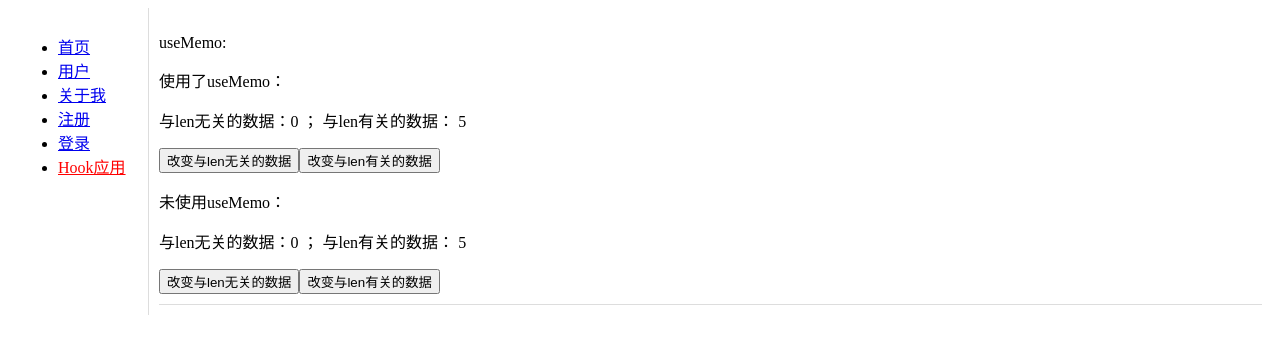
Repository: shellingfordly/js-library-Demo
Page: /hook (app in demo/react/demo/)
These files come from the project's save history. The page is drawn as it stood at one moment and after the next save; the edit follows.
The browser window is 1280 px wide. The pictures show the whole page.
The project was rebuilt for these pictures with package versions that can differ from the ones it lists, and the page was loaded fresh each time. Also part of the build but not shown: demo/react/demo/src/views/home/components/UseReducer.js, demo/react/demo/src/views/home/components/SetTimeout.js, demo/react/demo/src/views/home/hook/context.js, demo/react/demo/src/views/home/components/context/useContext.js, demo/react/demo/src/views/home/components/context/contextType.js, demo/react/demo/src/views/home/components/context/consumer.js, demo/react/demo/src/views/home/utils/highComponent.js, demo/react/demo/src/views/home/Home.js and 12 more.

Above is the page before, as saved 2021-01-17 23:12:12.

After the next save:
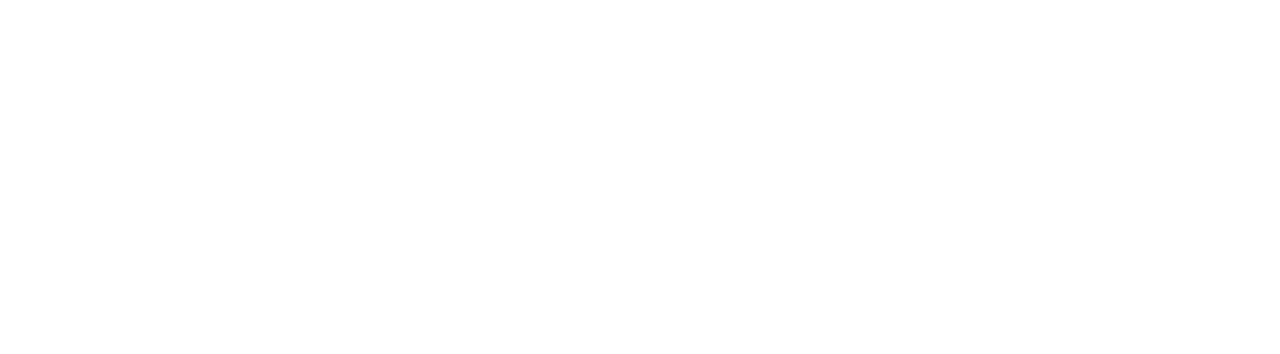
Console error (its wording comes from the project's code and is left out).
Saved 80 s later.
--- a/demo/react/demo/src/views/HookComponent/components/useMemo.js
+++ b/demo/react/demo/src/views/HookComponent/components/useMemo.js
@@ -13,11 +13,15 @@
     return count
   }
 
+  function dealOther(){
+    setOther(other++)
+  }
+
   return (
     <div>
       <p>未使用useMemo：</p>
       <p>与len无关的数据：{other} ； 与len有关的数据： {sum()}</p>
-      <button onClick={() => { setOther(other++) }}>改变与len无关的数据</button>
+      <button onClick={dealOther()}>改变与len无关的数据</button>
       <button onClick={() => { setLen(len++) }}>改变与len有关的数据</button>
     </div>
   )

After the save that followed:
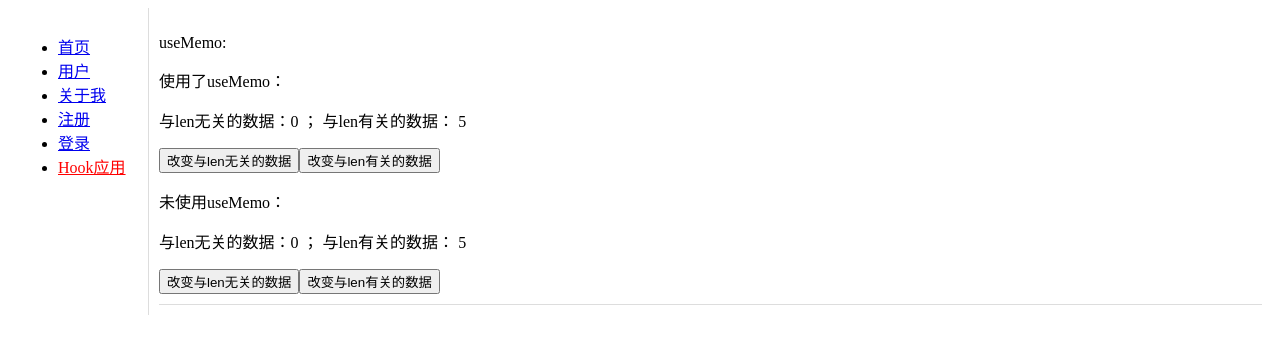
The error is gone.
Saved 5 s later.
--- a/demo/react/demo/src/views/HookComponent/components/useMemo.js
+++ b/demo/react/demo/src/views/HookComponent/components/useMemo.js
@@ -21,7 +21,7 @@
     <div>
       <p>未使用useMemo：</p>
       <p>与len无关的数据：{other} ； 与len有关的数据： {sum()}</p>
-      <button onClick={dealOther()}>改变与len无关的数据</button>
+      <button onClick={dealOther}>改变与len无关的数据</button>
       <button onClick={() => { setLen(len++) }}>改变与len有关的数据</button>
     </div>
   )
